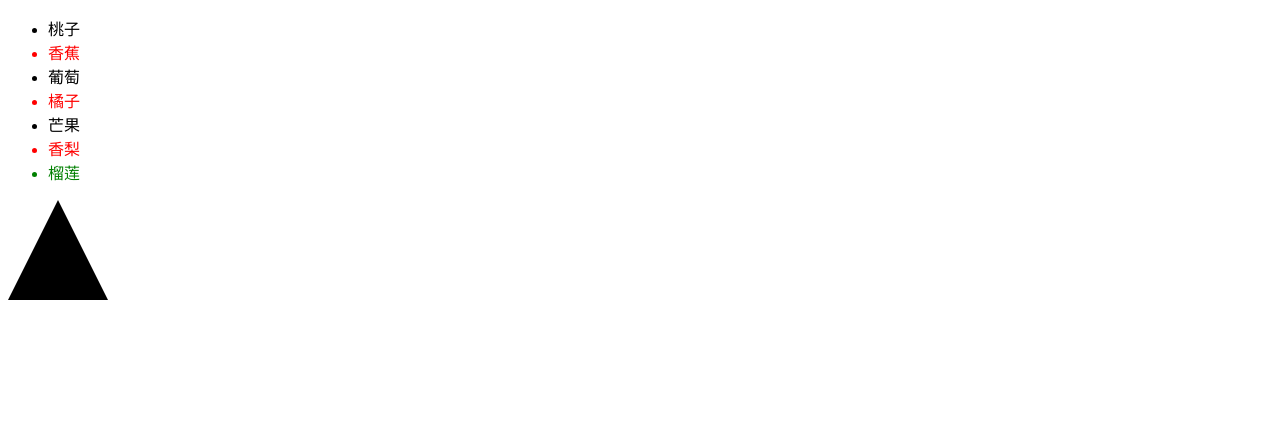
Repository: yanran12345/02-common-knowledge
Page: 02 css样式/01 sass样式.html
The author's editor kept a copy of each file at every save. The page is drawn from the files as they stood at one save, then again after the next save.
The browser window is 1280 px wide. The pictures show the whole page.

Above is the page before, as saved 2021-06-25 15:40:40.

### 02 css样式/01 sass样式.html
<!DOCTYPE html>
<html lang="en">
<head>
  <meta charset="UTF-8">
  <meta http-equiv="X-UA-Compatible" content="IE=edge">
  <meta name="viewport" content="width=device-width, initial-scale=1.0">
  <title>Document</title>
</head>
<style>
  /* n从0开始 偶数2n 奇数2n-1 开始3个 -n+3 */
  .item:nth-child(2n) {
    color: red;
  }
  .item:last-child {
    color: green;
  }
  /* 清楚浮动 */
  .clearfix::after{
    zoom:1;
    content: '';
    height: 0;
    line-height: 0;
    display: block;
    clear: both;
    visibility: hidden;
  }

  /* 单行显示省略号 */
  .text {
    text-overflow:ellipsis;
    white-space: nowrap;
    overflow: hidden;
    word-break: break-all;
  }
  /* 超出三行显示省略号 */
  .text {
    overflow: hidden;
    text-overflow: ellipsis;
    display: -webkit-box;
    -webkit-line-clamp: 2;/*想省略几行就写几*/
    -webkit-box-orient: vertical;
    word-break: break-all;
  }

  /* 三角形 */
  .triangle {
    width:0;
    height:0;
    border-left:50px solid transparent;
    border-right:50px solid transparent;
    border-bottom:100px solid black;
  }
</style>
<body>
  <div class="contentWrap">
    <ul class="fruits">
      <li class="item">桃子</li>
      <li class="item">香蕉</li>
      <li class="item">葡萄</li>
      <li class="item">橘子</li>
      <li class="item">芒果</li>
      <li class="item">香梨</li>
      <li class="item">榴莲</li>
    </ul>
    <div class="triangle"></div>
  </div>
</body>
</html>

After the next save:
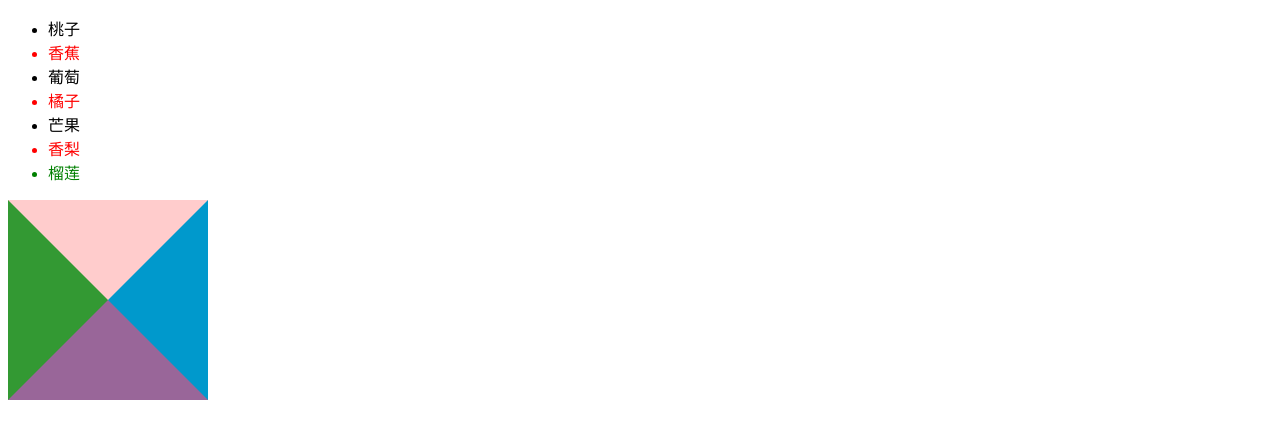
Saved 4 min 48 s later.
--- a/02 css样式/01 sass样式.html
+++ b/02 css样式/01 sass样式.html
@@ -44,11 +44,11 @@
 
   /* 三角形 */
   .triangle {
-    width:0;
-    height:0;
-    border-left:50px solid transparent;
-    border-right:50px solid transparent;
-    border-bottom:100px solid black;
+    width: 0;
+    height: 0;
+    border-width: 100px;
+    border-style: solid;
+    border-color:#FFCCCC #0099CC #996699 #339933;
   }
 </style>
 <body>
